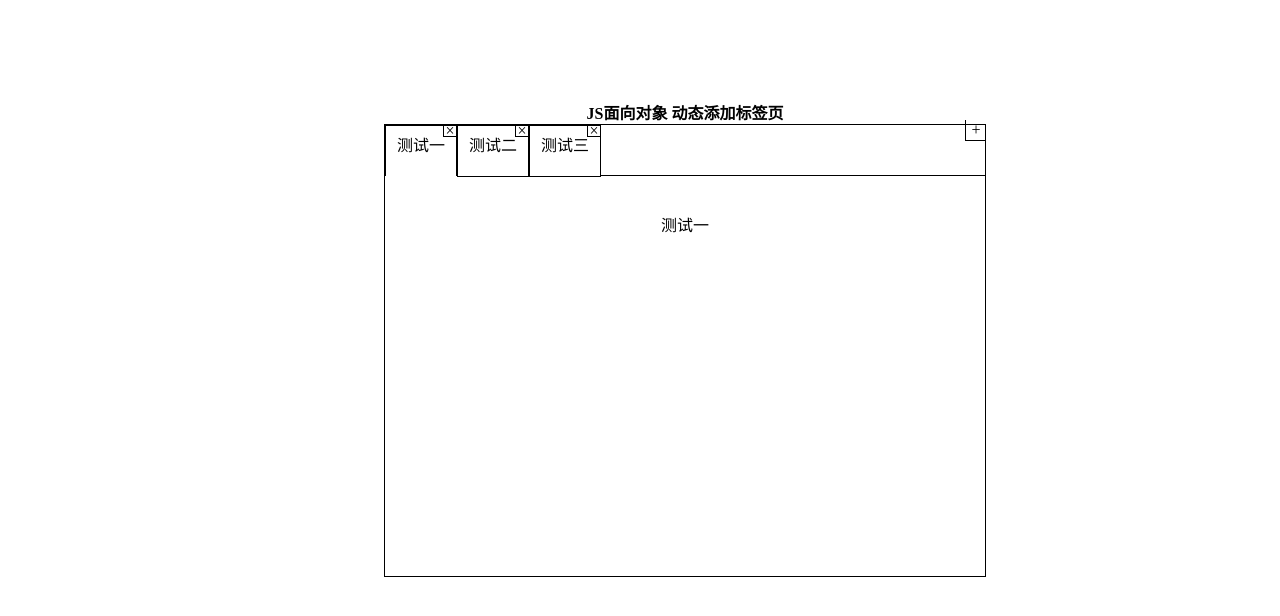
Repository: ldqml/project
Page: jsgaoji/tabqiehuan.html
The author's editor kept a copy of each file at every save. The page is drawn from the files as they stood at one save, then again after the next save.
The browser window is 1280 px wide. The pictures show the whole page.
After loading, the first visible `span.iconfont` was clicked once.

Above is the page before, as saved 2022-07-15 13:15:12.

After the next save:
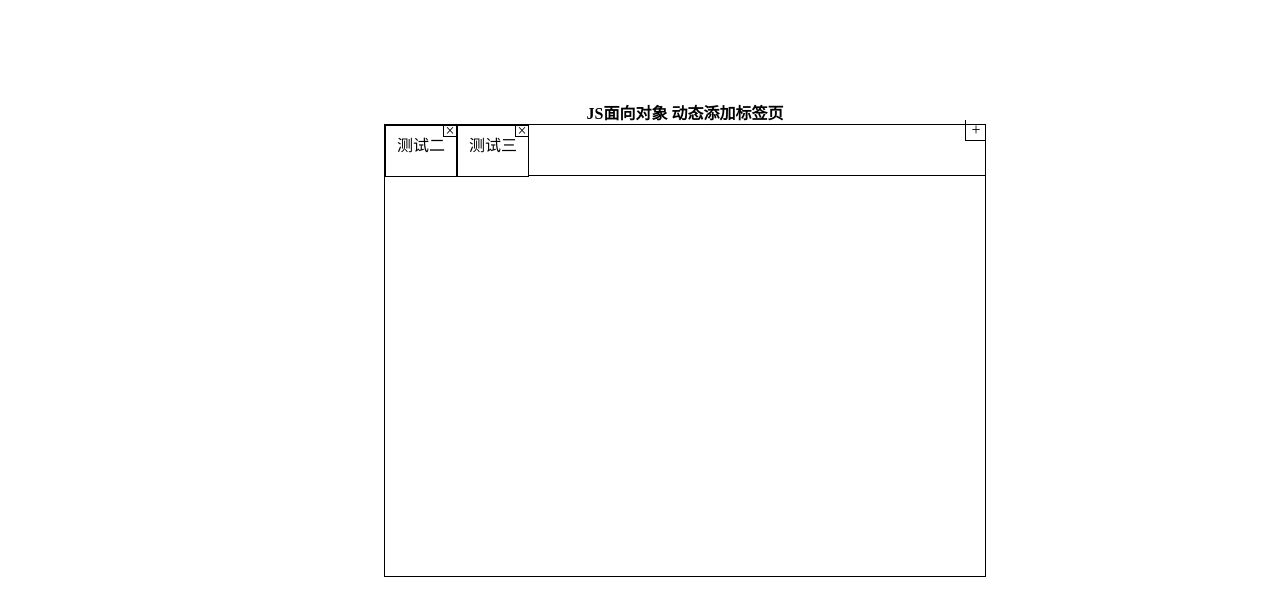
Saved 10 min 58 s later.
--- a/jsgaoji/js/tabqiehuan.js
+++ b/jsgaoji/js/tabqiehuan.js
@@ -45,7 +45,8 @@ class Tab{
     removetab(e){
         e.stopPropagation();
         var index=this.parentNode.index;
-        console.log(index);
+        that.lis[index].remove();
+        that.sections[index].remove();
     }
     edittab(){
     }
